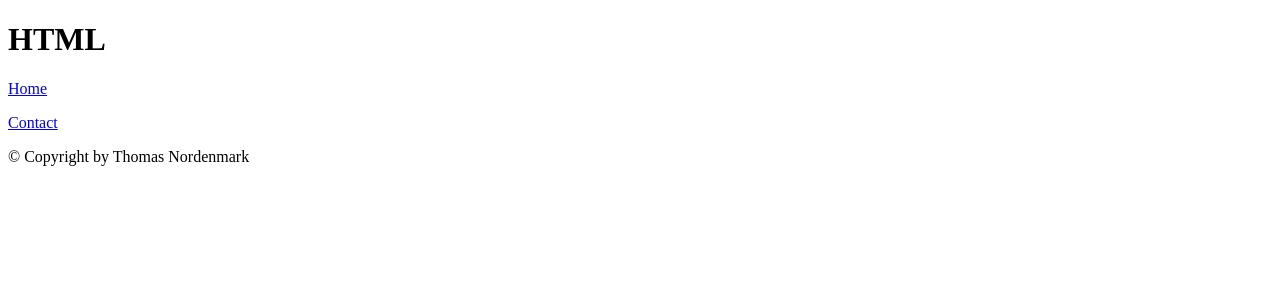
Repository: tnordenmark/web_lab3
Page: Site/uppgift_1/index.html
An editor plug-in stored every save of this project. The page is shown before and after the next save, followed by the edit.
The browser window is 1280 px wide. The pictures show the whole page.

Above is the page before, as saved 2014-09-13 09:11:06.

### Site/uppgift_1/index.html
<!DOCTYPE html>

<!---
Thomas Nordenmark
thno1200
t.nordenmark@gmail.com
-->

<html lang="en">
	<head>
		<meta charset="utf-8">

		<title>Flygbolaget Kraschlanda AB</title>
		<meta name="description" content="">
		<meta name="author" content="Thomas Nordenmark">

		<meta name="viewport" content="width=device-width; initial-scale=1.0">

		<!-- Replace favicon.ico & apple-touch-icon.png in the root of your domain and delete these references -->
		<link rel="shortcut icon" href="/favicon.ico">
		<link rel="apple-touch-icon" href="/apple-touch-icon.png">
	</head>

	<body>
		<div>
			<header>
				<h1>HTML</h1>
			</header>
			<nav>
				<p>
					<a href="/">Home</a>
				</p>
				<p>
					<a href="/contact">Contact</a>
				</p>
			</nav>

			<div>

			</div>

			<footer>
				<p>
					&copy; Copyright  by Thomas Nordenmark
				</p>
			</footer>
		</div>
	</body>
</html>

After the next save:
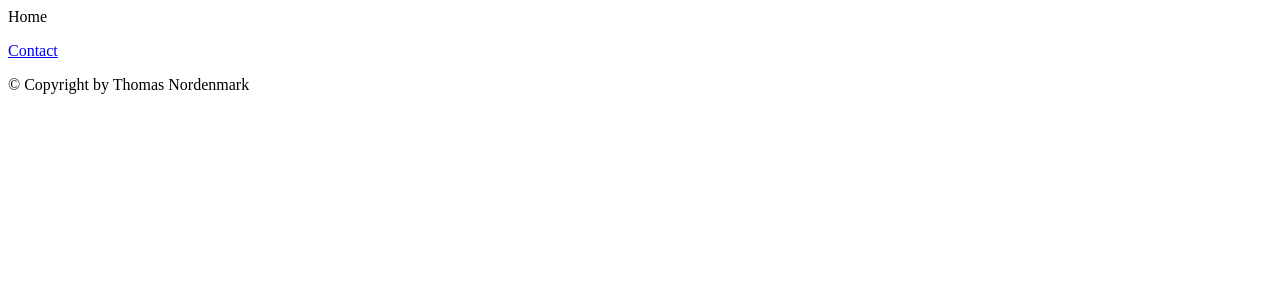
Saved 39 min 50 s later.
--- a/Site/uppgift_1/index.html
+++ b/Site/uppgift_1/index.html
@@ -16,9 +16,7 @@
 
 		<meta name="viewport" content="width=device-width; initial-scale=1.0">
 
-		<!-- Replace favicon.ico & apple-touch-icon.png in the root of your domain and delete these references -->
-		<link rel="shortcut icon" href="/favicon.ico">
-		<link rel="apple-touch-icon" href="/apple-touch-icon.png">
+		<link rel="shortcut icon" href="/favicon.ico" type="image/x-icon>
 	</head>
 
 	<body>

After the 2 saves that followed:
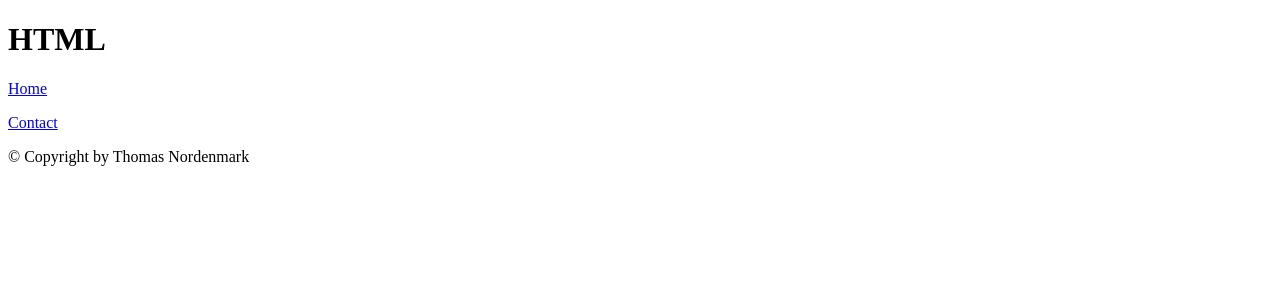
The 2 saves are shown as one change because 1 left the picture as it was.
The last was saved 6 min 4 s later.
--- a/Site/uppgift_1/index.html
+++ b/Site/uppgift_1/index.html
@@ -16,7 +16,7 @@
 
 		<meta name="viewport" content="width=device-width; initial-scale=1.0">
 
-		<link rel="shortcut icon" href="/favicon.ico" type="image/x-icon>
+		<link rel="shortcut icon" href="/favicon.ico" type="image/x-icon">
 	</head>
 
 	<body>
